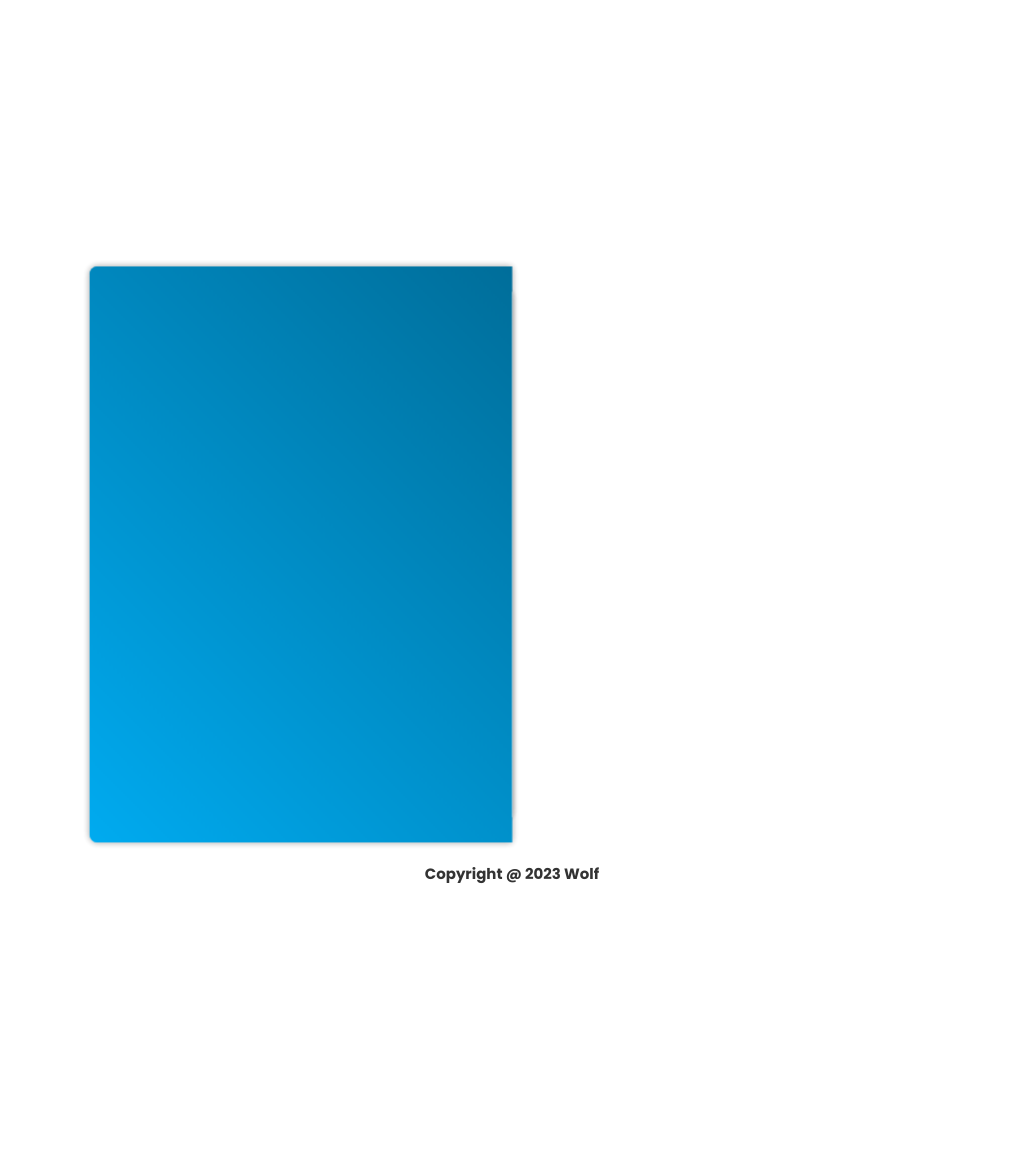
Repository: Ego-Wolf/Portfolio
Page: index.html
An editor plug-in stored every save of this project. The page is shown before and after the next save, followed by the edit.
The browser window is 1280 px wide. The pictures show the whole page, at 80% of full size.
Pictures or frames that could not be fetched are drawn as grey boxes.

Above is the page before, as saved 2023-12-14 16:40:12.

After the next save:
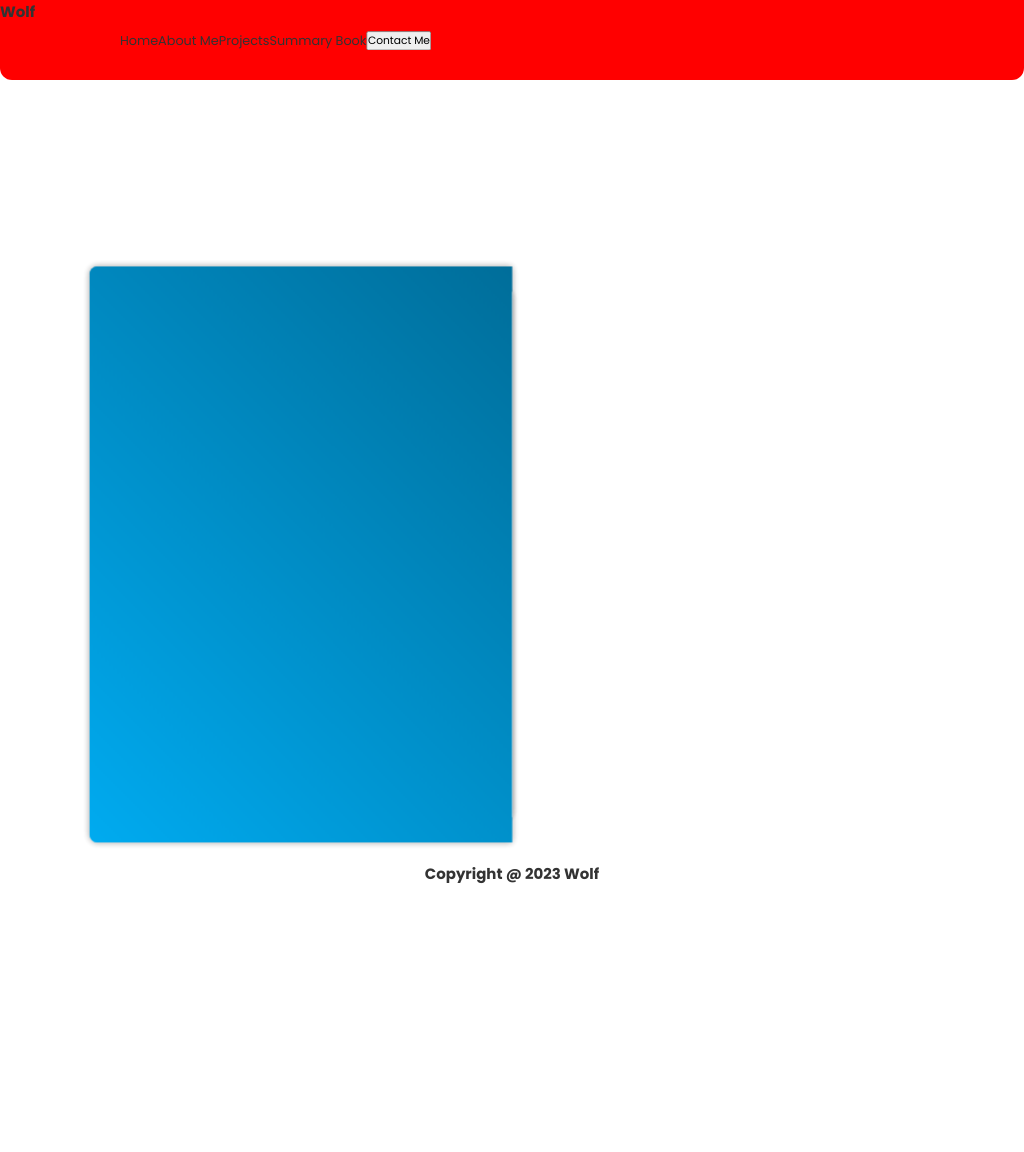
Saved 5 s later.
--- a/index.html
+++ b/index.html
@@ -16,7 +16,7 @@
 <body>
     <div class="section">
         <!-- Header -->
-        <!-- <div class="header">
+        <div class="header">
             <img src="" alt=""><h3>Wolf</h3>
             <ul>
                 <li>Home</li>
@@ -25,7 +25,7 @@
                 <li>Summary Book</li>
                 <li><button>Contact Me</button></li>
             </ul>
-        </div> -->
+        </div>
 
         <!-- Book section -->
         <div class="wrapper">
